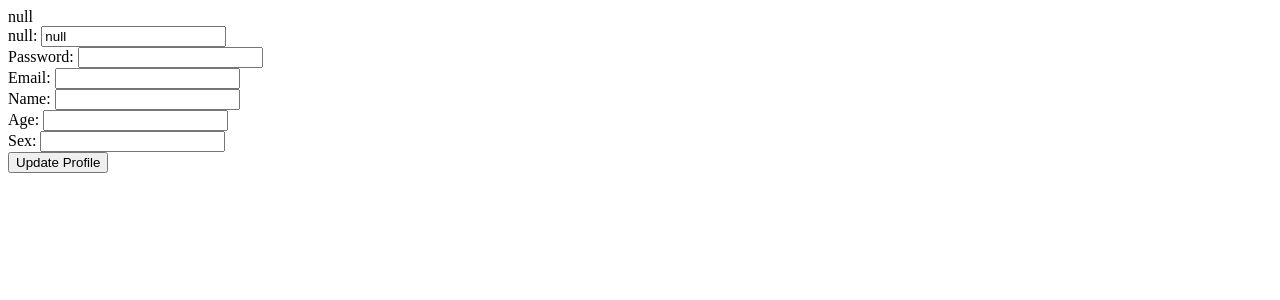
Repository: LifeIsRightward/WebServer
Page: http://localhost/JSPBook/Project/profile.jsp
The author's editor kept a copy of each file at every save. The page is drawn from the files as they stood at one save, then again after the next save.
The browser window is 1280 px wide. The pictures show the whole page.
The page is served by Tomcat 9.

Above is the page before, as saved 2024-06-06 16:41:15.

After the next save:
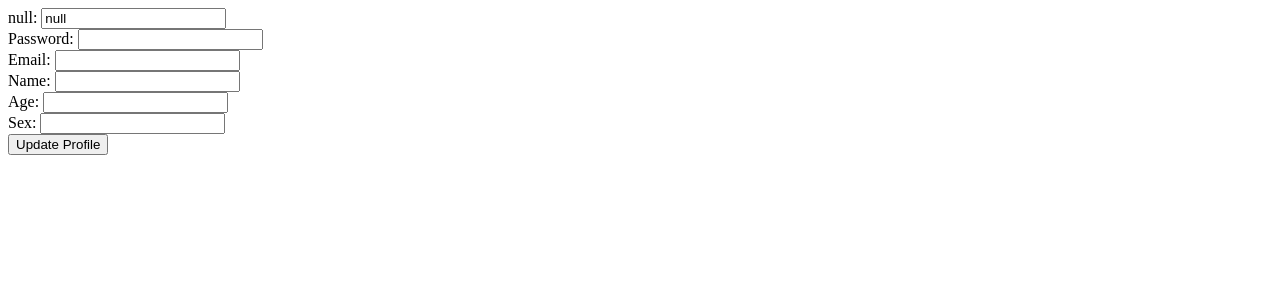
Saved 68 s later.
--- a/JSPBook/src/main/webapp/Project/profile.jsp
+++ b/JSPBook/src/main/webapp/Project/profile.jsp
@@ -30,9 +30,9 @@
 			sex = se.getSex();
 		}
 
-		out.println(uid);
-		out.println(age);
-		out.println(sex);
+		//out.println(uid);
+		//out.println(age);
+		//out.println(sex);
 	%>
 
 
